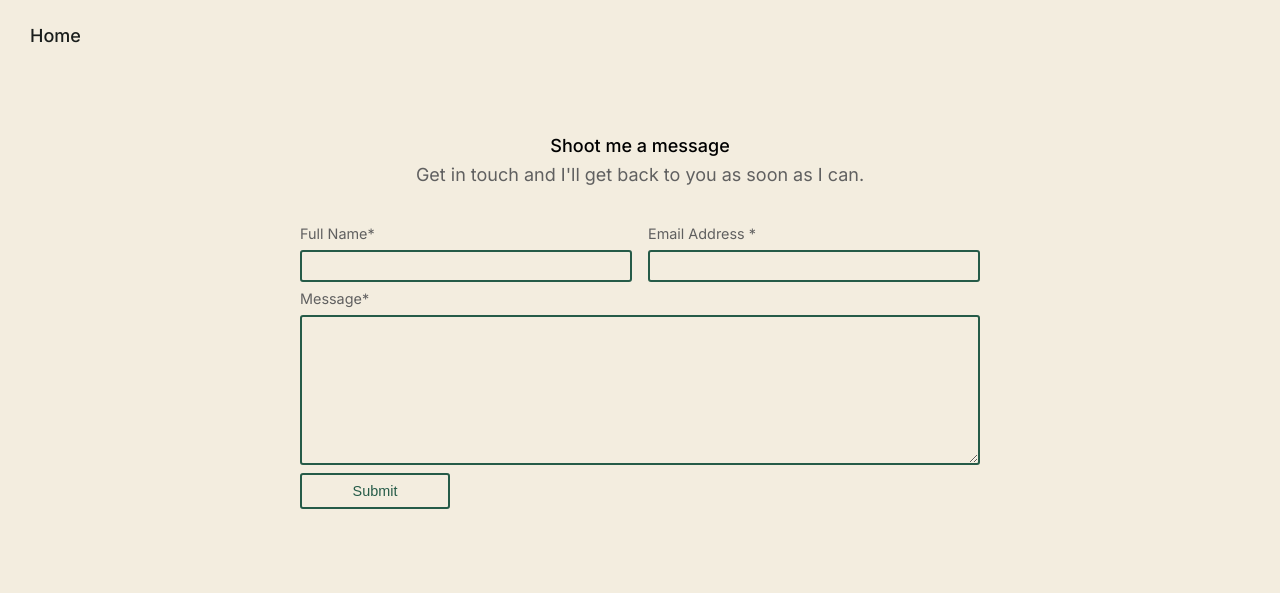
Repository: David-Waite/David-Waite-Portfolio
Page: /contact
The author's editor kept a copy of each file at every save. The page is drawn from the files as they stood at one save, then again after a run of saves.
The browser window is 1280 px wide. The pictures show the whole page.
The project was rebuilt for these pictures with package versions that can differ from the ones it lists, and the page was loaded fresh each time. The framework's server and built-in components were replaced by stand-ins that run in the browser. Also part of the build but not shown: next.config.js, app/components/Nav/NavButton/navButton.module.css, app/components/Nav/NavButton/NavButton.tsx.

Above is the page before, as saved 2023-07-26 20:30:58.

After the next 3 saves:
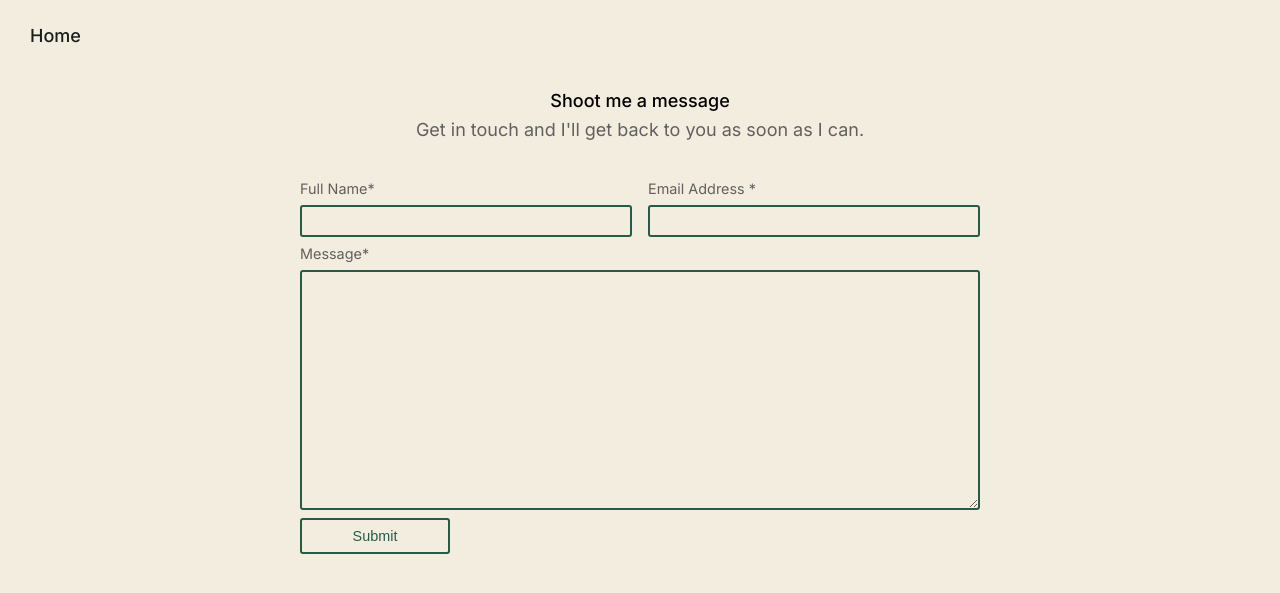
The 3 saves are shown as one change because they came seconds apart.
The last was saved 14 s later.
--- a/app/components/Contact/contact.module.css
+++ b/app/components/Contact/contact.module.css
@@ -44,7 +44,7 @@
   background-color: var(--background);
   border: 2px solid var(--primary);
   border-radius: 3px;
-  height: 150px;
+  height: 240px;
   width: 680px;
   font-size: 16px;
   padding: 8px;
